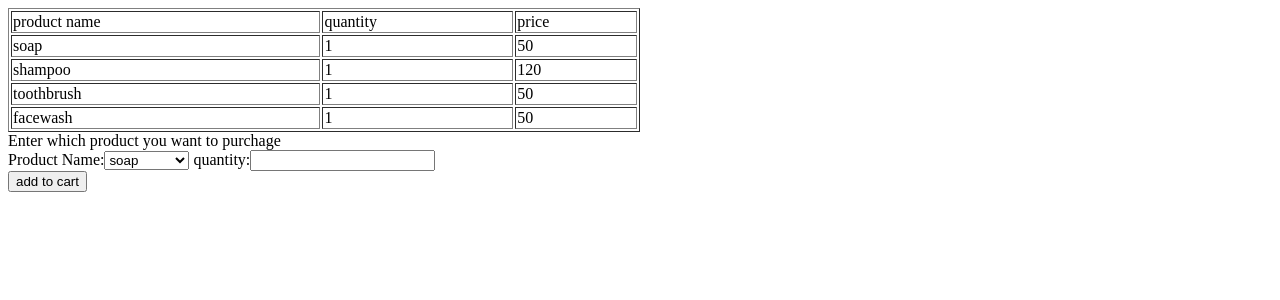
Repository: suryapattnayak/javascript
Page: Invoice/WebContent/product.html
An editor plug-in stored every save of this project. The page is shown before and after the next save, followed by the edit.
The browser window is 1280 px wide. The pictures show the whole page.

Above is the page before, as saved 2019-09-07 09:11:48.

### Invoice/WebContent/product.html
<!DOCTYPE html>
<html>
<head>
<meta charset="ISO-8859-1">
<title>Insert title here</title>
</head>
<body>
<table width='50%' border='1px'>
<tr>
<td>product name</td><td>quantity</td><td>price</td></tr>
<tr><td>soap</td><td>1</td><td>50</td></tr>
<tr><td>shampoo</td><td>1</td><td>120</td></tr>
<tr><td>toothbrush</td><td>1</td><td>50</td></tr>
<tr><td>facewash</td><td>1</td><td>50</td></tr>
</table>
Enter which product you want to purchage

<form action="CalculatorService" method="post">
Product Name:<select name="pname" >
  <option  value="soap">soap</option>
  <option  value="shampoo">shampoo</option>
  <option  value="toothbrush">toothbrush</option>
  <option  value="facewash">facewash</option>
</select>
quantity:<input type="text" name="qty" value=""><br>
<input type="submit" name="AddtoCart" value="add to cart">
</form>
</body>
</html>

After the next save:
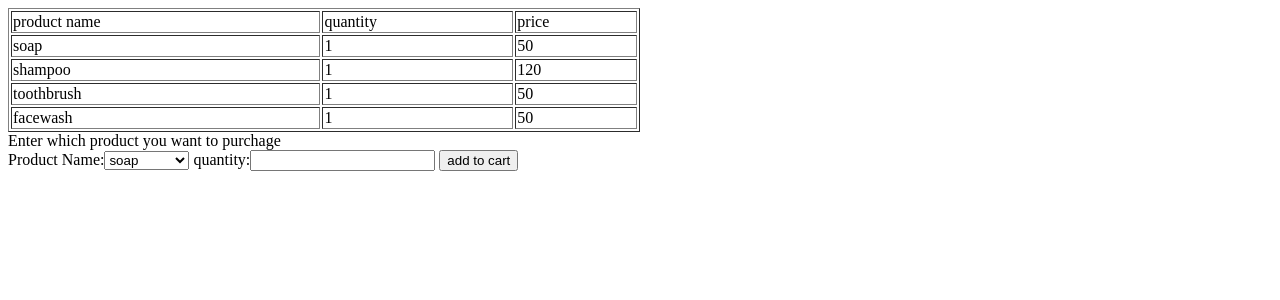
Saved 25 s later.
--- a/Invoice/WebContent/product.html
+++ b/Invoice/WebContent/product.html
@@ -22,7 +22,7 @@ Product Name:<select name="pname" >
   <option  value="toothbrush">toothbrush</option>
   <option  value="facewash">facewash</option>
 </select>
-quantity:<input type="text" name="qty" value=""><br>
+quantity:<input type="text" name="qty" value="">
 <input type="submit" name="AddtoCart" value="add to cart">
 </form>
 </body>
